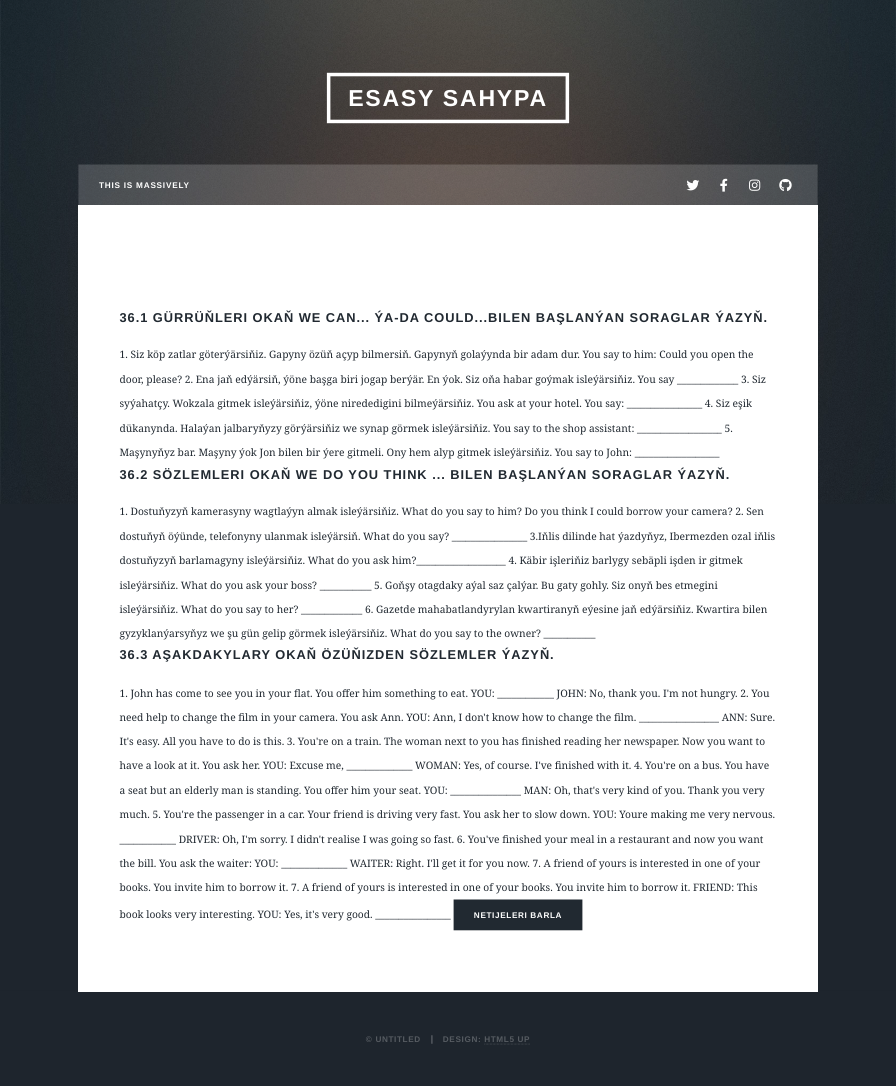
Repository: Sahet-dev/English-grammar-app
Page: test/test_unit _36.html
An editor plug-in stored every save of this project. The page is shown before and after the next save, followed by the edit.
The browser window is 1280 px wide. The pictures show the part of the page from y = 0 to 1920 px (the page is 1552 px tall before and 2667 px after), at 70% of full size.
Some web fonts or font styles are not loaded; a fallback is used.

Above is the page before, as saved 2022-06-24 17:16:57.

After the next save:
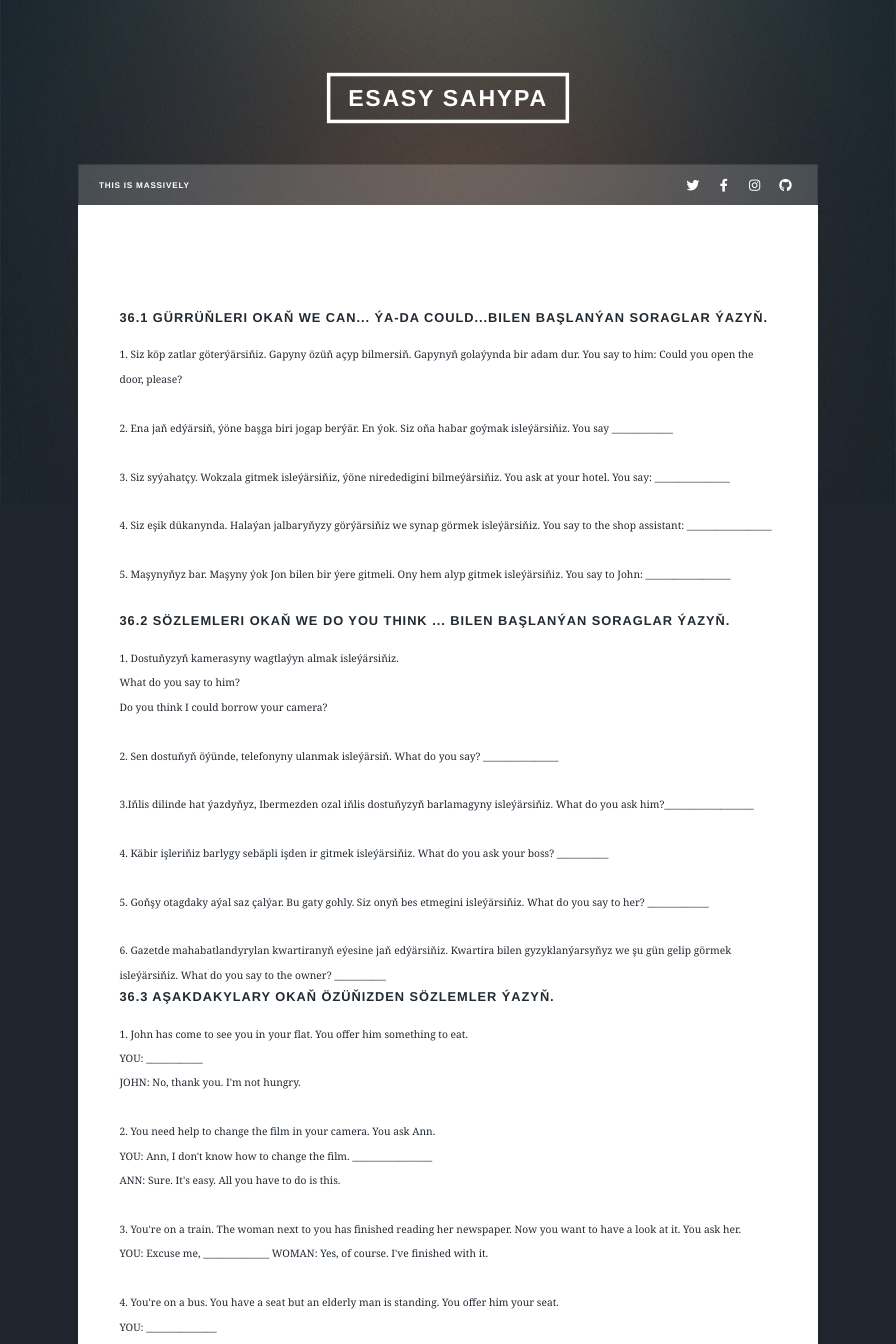
Saved 2 min 10 s later.
--- a/test/test_unit _36.html
+++ b/test/test_unit _36.html
@@ -59,90 +59,88 @@
 
 														1. Siz köp zatlar göterýärsiňiz. Gapyny özüň açyp bilmersiň. Gapynyň golaýynda bir adam dur. You say to him: Could you open
 														the door, please?
-
+														<br><br>
 														2. Ena jaň edýärsiň, ýöne başga biri jogap berýär. En ýok. Siz oňa habar goýmak isleýärsiňiz. You say _____________
-
+														<br><br>
 
 														3. Siz syýahatçy. Wokzala gitmek isleýärsiňiz, ýöne nirededigini bilmeýärsiňiz.
 														You ask at your hotel. You say: ________________
-
+														<br><br>
 														4. Siz eşik dükanynda. Halaýan jalbaryňyzy görýärsiňiz we synap görmek isleýärsiňiz.
 														You say to the shop assistant: __________________
-
+														<br><br>
 														5. Maşynyňyz bar. Maşyny ýok Jon bilen bir ýere gitmeli. Ony hem alyp gitmek  isleýärsiňiz. You say to John: __________________
-
+														<br><br>
 													<h3>36.2
 
 														Sözlemleri okaň we  Do you think ... bilen başlanýan soraglar ýazyň.</h3>
 
 														1. Dostuňyzyň kamerasyny wagtlaýyn almak isleýärsiňiz.
-
-														What do you say to him?
+														<br>
+														What do you say to him?<br>
 														Do you think I could borrow your camera?
-
+														<br><br>
 														2. Sen dostuňyň öýünde, telefonyny ulanmak isleýärsiň. What do you say? ________________
-
+														<br><br>
 														3.Iňlis dilinde hat ýazdyňyz, Ibermezden ozal iňlis dostuňyzyň barlamagyny isleýärsiňiz. What do you ask him?___________________
-
+														<br><br>
 														4. Käbir işleriňiz barlygy sebäpli işden ir gitmek isleýärsiňiz.
 														What do you ask your
 														boss? ___________
-
+														<br><br>
 														5. Goňşy otagdaky aýal saz çalýar. Bu gaty gohly. Siz  onyň bes etmegini isleýärsiňiz. What do you say to her?   _____________
-
+														<br><br>
 														6. Gazetde mahabatlandyrylan kwartiranyň eýesine jaň edýärsiňiz. Kwartira bilen gyzyklanýarsyňyz we şu gün gelip görmek isleýärsiňiz. What do you say to the owner?        ___________
-
+														<br>
 													<h3>36.3
 
 														Aşakdakylary okaň özüňizden sözlemler ýazyň.</h3>
 
 														1. John has come to see you in your flat. You
-														offer him something to eat.
+														offer him something to eat.<br>
 														YOU:   ____________
-
+														<br>
 
 														JOHN: No, thank you. I'm not hungry.
-
+														<br><br>
 														2. You need help to change the film in your camera. You ask Ann.
-
+														<br>
 														YOU: Ann, I don't know how to change the
 														film.    _________________
-
+														<br>
 														ANN: Sure. It's easy. All you have to do is this.
-
+														<br><br>
 														3. You're on a train. The woman next to you has
 														finished reading her newspaper. Now you want to have a look at it. You ask her.
-
+														<br>
 														YOU: Excuse me,   ______________
 														WOMAN: Yes, of course. I've finished with it.
-
+														<br><br>
 														4. You're on a bus. You have a seat but an
 
 														elderly man is standing. You offer him your
 
-														seat.
+														seat.<br>
 
-														YOU:   _______________
+														YOU:   _______________<br>
 
 														MAN: Oh, that's very kind of you. Thank you very much.
-
+														<br><br>
 														5. You're the passenger in a car. Your friend is driving very fast. You ask her to slow down.
-														YOU: Youre making me very nervous.   ____________
+														YOU: <br>Youre making me very nervous.   ____________<br>
 														DRIVER: Oh, I'm sorry. I didn't realise I was going so fast.
-
+														<br><br>
 														6. You've finished your meal in a restaurant and
-														now you want the bill. You ask the waiter:
-														YOU:    ______________
+														now you want the bill. <br>You ask the waiter:
+														YOU:    ______________<br>
 														WAITER: Right. I'll get it for you now.
+														<br><br>
 
 														7. A friend of yours is interested in one of your
-														books. You invite him to borrow it.
-
-														7. A friend of yours is interested in one of your
-														books. You invite him to borrow it.
-														FRIEND: This book looks very interesting.
+														books. You invite him to borrow it.<br>
+														FRIEND: This book looks very interesting.<br>
 														YOU: Yes, it's very good. ________________
-
+														<br><br>
 											        <button class="button primary" type="submit">Netijeleri barla</button>
 										</form>
 
